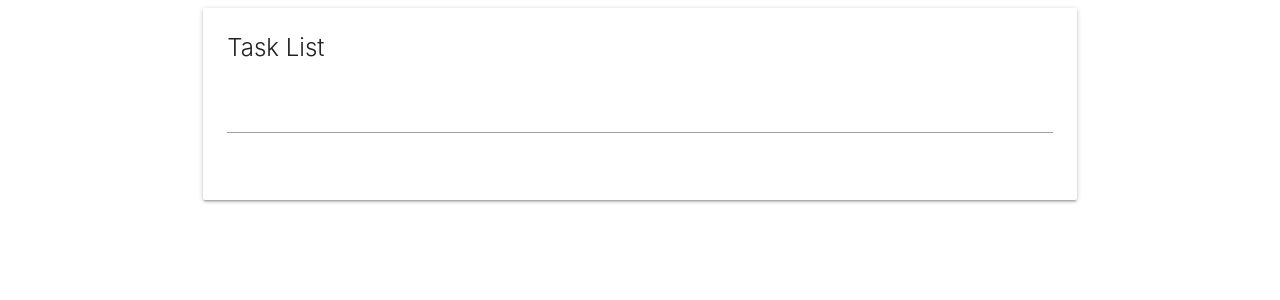
Repository: YasirGaji/Sandbox
Page: index.html
An editor plug-in stored every save of this project. The page is shown before and after the next save, followed by the edit.
The browser window is 1280 px wide. The pictures show the whole page.

Above is the page before, as saved 2021-12-01 15:15:50.

### index.html
<!DOCTYPE html>
<html lang="en">
<head>
  <meta charset="UTF-8">
  <meta http-equiv="X-UA-Compatible" content="IE=edge">
  <meta name="viewport" content="width=device-width, initial-scale=1.0">

  <!-- Compiled and minified CSS -->
  <link rel="stylesheet" href="https://cdnjs.cloudflare.com/ajax/libs/materialize/1.0.0/css/materialize.min.css">

  <link rel="stylesheet" href="https://cdn.jsdelivr.net/npm/@fortawesome/fontawesome-free@5.15.4/css/fontawesome.min.css" integrity="sha384-jLKHWM3JRmfMU0A5x5AkjWkw/EYfGUAGagvnfryNV3F9VqM98XiIH7VBGVoxVSc7" crossorigin="anonymous">

  <title>Task List</title>
</head>
<body>
  <div class="container">
    <div class="row">
      <div class="col s12">
        <div id="main" class="card">
          <div class="card-content">
            <span class="card-title">Task List</span>
            <div class="row">
              <form id="task-form">
                <div class="input-field col s12">
                  <input type="text">
                </div>
              </form>
            </div>
          </div>
        </div>
      </div>
    </div>
  </div>

  <script
  src="https://code.jquery.com/jquery-3.6.0.js"
  integrity="sha256-H+K7U5CnXl1h5ywQfKtSj8PCmoN9aaq30gDh27Xc0jk="
  crossorigin="anonymous"></script>

  <!-- Compiled and minified JavaScript -->
  <script src="https://cdnjs.cloudflare.com/ajax/libs/materialize/1.0.0/js/materialize.min.js"></script>

  <script src="/app.js"></script>
</body>
</html>

Loaded but not shown: app.js (no stored copy; drawn as an empty file)

After the next save:
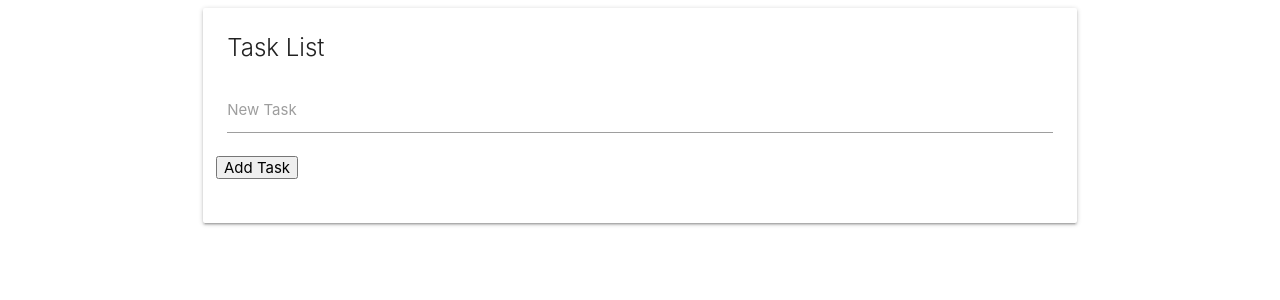
Saved 89 s later.
--- a/index.html
+++ b/index.html
@@ -22,8 +22,10 @@
             <div class="row">
               <form id="task-form">
                 <div class="input-field col s12">
-                  <input type="text">
+                  <input type="text" name="task" id="task">
+                  <label for="task">New Task</label>
                 </div>
+                <input type="submit" value="Add Task">
               </form>
             </div>
           </div>
